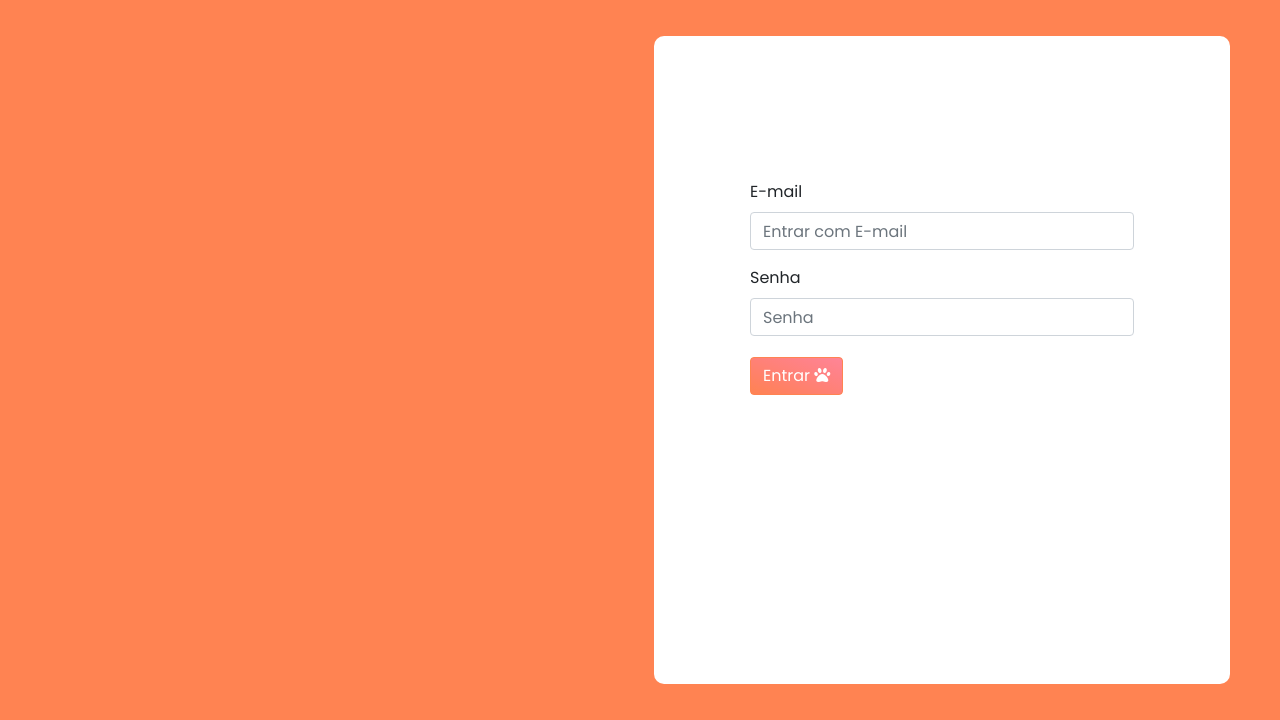
Repository: MilenaMelo/WebSite-PetCheers
Page: /login
The author's editor kept a copy of each file at every save. The page is drawn from the files as they stood at one save, then again after the next save.
The browser window is 1280 px wide. The pictures show the whole page.
The project was rebuilt for these pictures with package versions that can differ from the ones it lists, and the page was loaded fresh each time.

Above is the page before, as saved 2020-08-26 22:24:23.

After the next save:
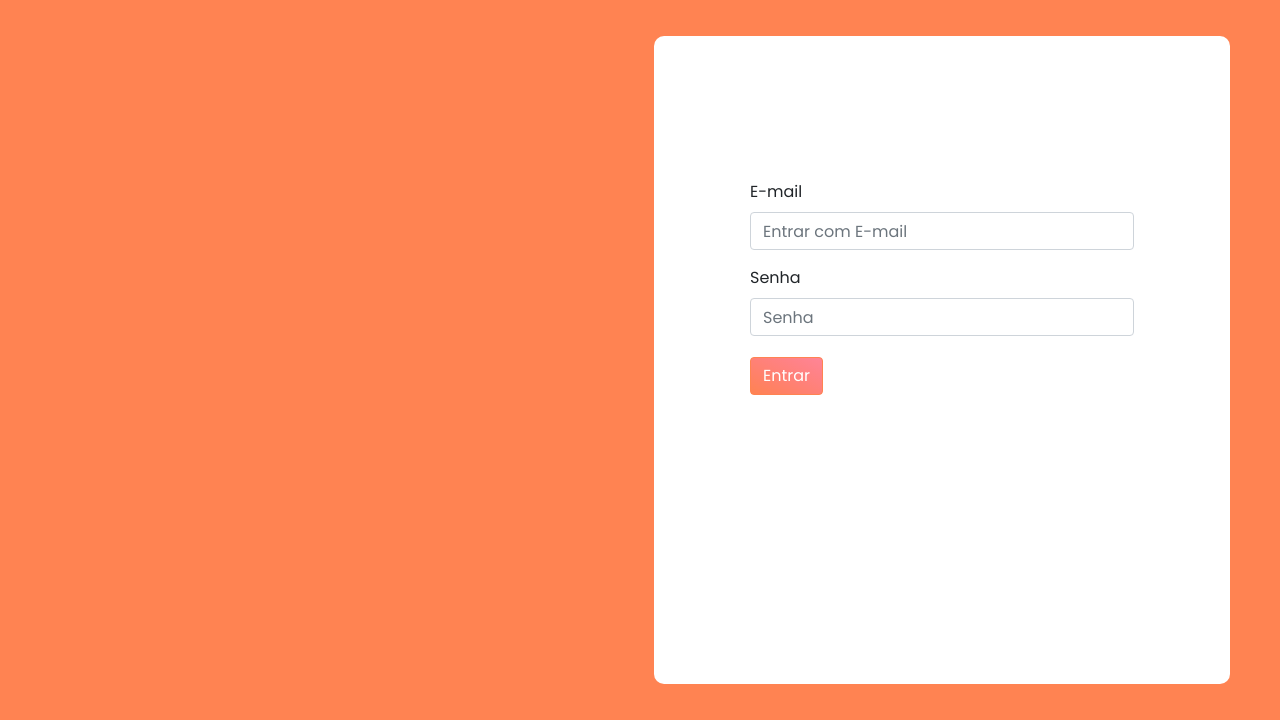
Saved 60 s later.
--- a/src/pages/login/Login.vue
+++ b/src/pages/login/Login.vue
@@ -38,11 +38,10 @@
         </div> -->
         <button type="submit" class="btn btn-primary">
           <template v-if="loading">
-            <i class="fa fa-spinner fa-spin"></i>
+            <i class="fa fa-spinner fa-paw"></i>
           </template>
           <template v-else>
             Entrar
-            <i class="fa fa-paw"></i>
           </template>
         </button>
       </form>
